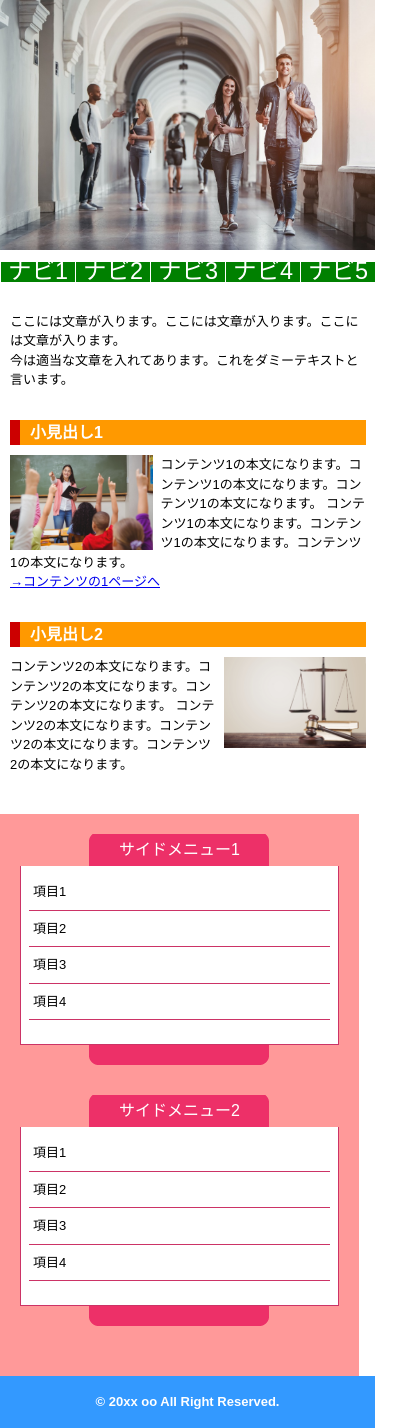
Repository: tameikimaziri/samurai_HTML-CSS
Page: index.html
The author's editor kept a record of every edit. The page is drawn from the files as they stood at one moment, then again after the next edit.
The browser window is 375 px wide. The page is 396 px wide, so the pictures cover 396 px, including what lies to the right of the window. The pictures show the whole page.

Above is the page before.

After the next edit:
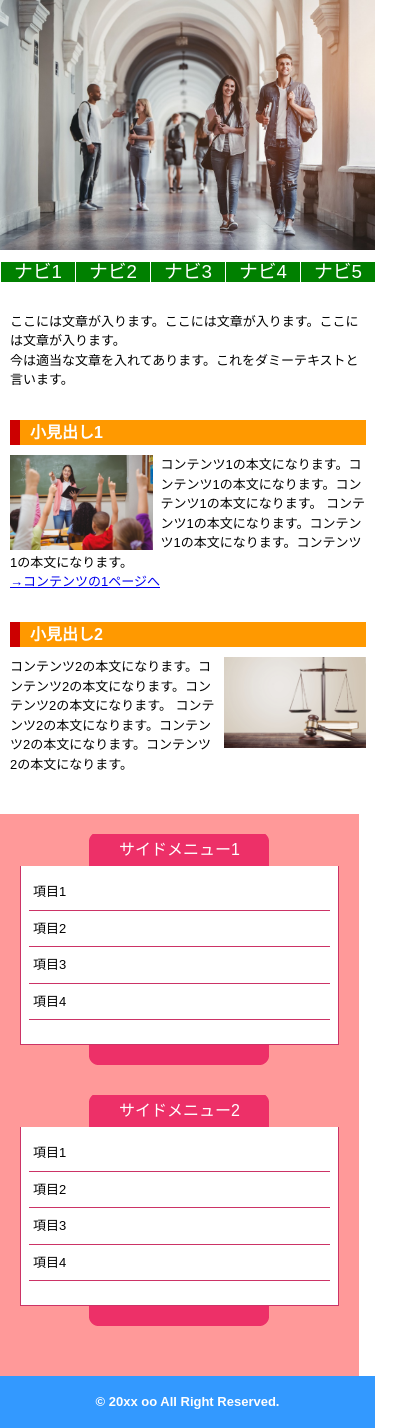
The edit:
--- a/stylesheet.css
+++ b/stylesheet.css
@@ -142,7 +142,7 @@
     display: block;
       }
  #nav ul li a {
-    font-size: 6.25vw;
+    font-size: 5vw;
     box-sizing: border-box;
     width:100%;
     padding: 0;
